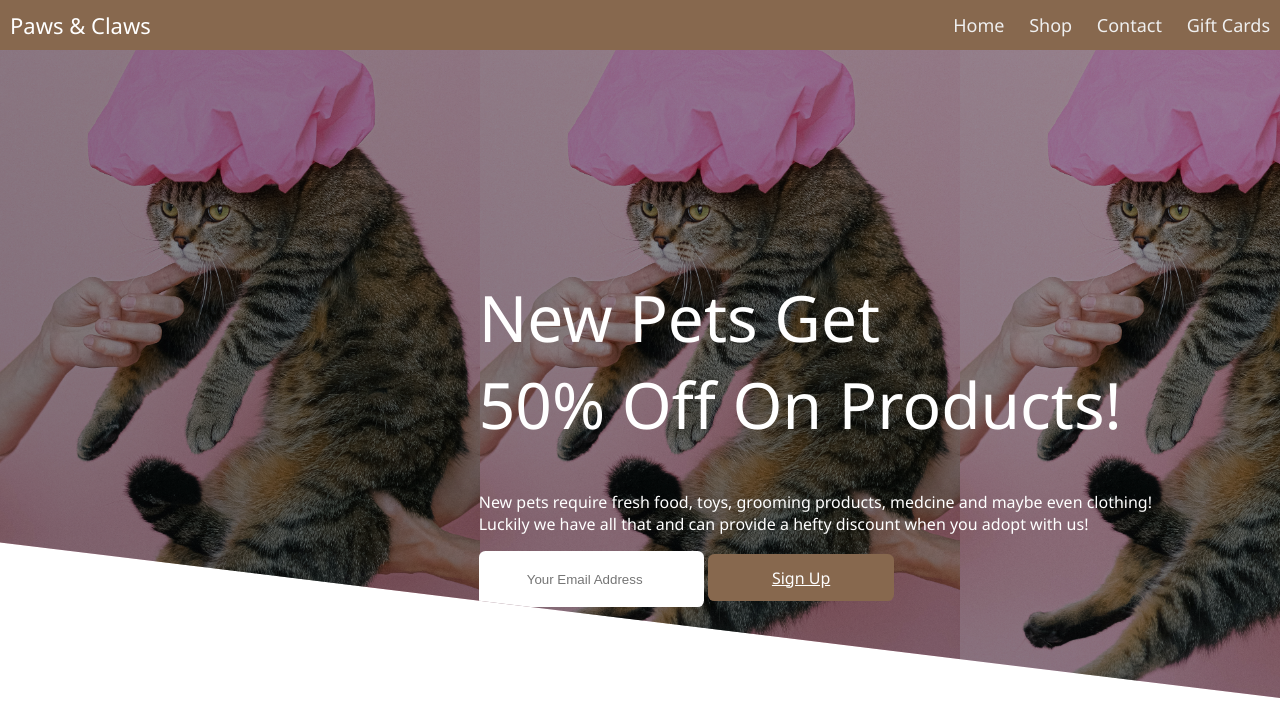
Repository: LtGriff/petProject
Page: dist/about.html
These files come from the project's save history. The page is drawn as it stood at one moment and after the next save; the edit follows.
The browser window is 1280 px wide. The pictures show the whole page.

Above is the page before, as saved 2022-05-19 07:43:22.

### dist/about.html
<!DOCTYPE html>
<html lang="en">
<head>
    <meta charset="UTF-8">
    <meta http-equiv="X-UA-Compatible" content="IE=edge">
    <meta name="viewport" content="width=device-width, initial-scale=1.0">
    <link rel="stylesheet" type="text/css" href="../CSS/about.css">
    <title>About the Animal House</title>
</head>
<body>
<!-------------NAV***************BAR----------------------->

    <div class="nav">
        <input type="checkbox" id="nav-check">
        <div class="nav-header">
          <div class="nav-title">
            Paws & Claws
          </div>
        </div>
        <div class="nav-btn">
          <label for="nav-check">
            <span></span>
            <span></span>
            <span></span>
          </label>
        </div>

        <div class="nav-links">
          <a href="index.html" target="">Home</a>
          <a href="shop.html" target="_blank">Shop</a>
          <a href="contact.html" target="_blank">Contact</a>
          <a href="giftcard.html" target="_blank">Gift Cards</a>
        </div>
      </div>

    <!-------------NAV*******BAR********END----------------------->


 <!------------------HEADER*******SECTION---------------------->


 <div class="dogfield"></div>

 <header id="header-section">
  <div class="header-text container">
      <h1>New Pets Get <br> 50%  Off On Products!</h1>
      <p>
         New pets require fresh food, toys, grooming products, medcine and maybe even clothing!<br> Luckily we have all that and can provide a hefty discount when you adopt with us!
      </p>
      <input id="userInput" type="email" placeholder="Your Email Address" required>
      <a class="cta" href="#">Sign Up</a>
      <p id="error">Please provide a valid email address</p>
  </div>
</header>










</body>
</html>

### dist/CSS/about.css
/** NAV BAR **/

* {
    box-sizing: border-box;
  }

  body {
    margin: 0px;
    font-family: 'segoe ui';
  }

  .nav {
    height: 50px;
    width: 100%;
    background-color: #87684e;

  /**
    opacity: .5;
    filter: alpha(opacity=50);
    position: relative;**/
    /* z-index: ; */


    box-shadow:
    0 2.8px 2.2px rgba(0, 0, 0, 0.034),
    0 6.7px 5.3px rgba(0, 0, 0, 0.048),
    0 12.5px 10px rgba(0, 0, 0, 0.06),
    0 22.3px 17.9px rgba(11, 4, 4, 0.072),
    0 41.8px 33.4px rgba(0, 0, 0, 0.086),
    0 100px 80px rgba(0, 0, 0, 0.12);
  }

  .nav > .nav-header {
    display: inline;
  }

  .nav > .nav-header > .nav-title {
    display: inline-block;
    font-size: 22px;
    color: #fff;
    padding: 10px 10px 10px 10px;
  }

  .nav > .nav-btn {
    display: none;
  }

  .nav > .nav-links {
    display: inline;
    float: right;
    z-index: 9;
    font-size: 18px;
  }

  .nav > .nav-links > a {
    display: inline-block;
    padding: 13px 10px 13px 10px;
    text-decoration: none;
    color: #efefef;
  }

  .nav > .nav-links > a:hover {
    background-color: rgba(0, 0, 0, 0.3);
  }

  .nav > #nav-check {
    display: none;
  }


 /** HEADER SECTION **/

#header-section{
    height: 90vh;
    background-image: linear-gradient(
        to left bottom,
        rgba(0, 0, 0, 0.4),
        rgba(0, 0, 0, 0.5)),
    url("../img/catpink.jpg");
    background-attachment: fixed;
    background-size: contain;
    background-position: ;
    position: relative;
    object-fit: cover;
    clip-path: polygon(0% 0%,100% 0%,100% 100%,0% 76%);

  }



  .header-text {
    position: absolute;
    top: 28%;
    right: 10%;
    color: #ffffff;
  }

  .header-text h1 {
    font-size: 4rem;
    font-weight: 500;
  }

  .header-text p {
    margin-bottom: 1rem;
  }

  #header-section input {
    width: 225px;
    height: 3.5rem;
    border-radius: 0.4rem;
    border: none;
    padding: 0.5rem 3rem;
  }

  .cta {
    background-color: #87684e;
    padding: 0.8rem 4rem;
    border-radius: 0.4rem;
    color: #fff;
    font-weight: 400;
  }

  .cta:hover {
    transform: translateY(-3px);
    box-shadow: 0 1rem 2rem rgba(0, 0, 0, .2);
  }

  .cta:active {
    transform: translateY(-1px);
    box-shadow: 0 .5rem 1rem rgba(0, 0, 0, .2);
  }

  .cta::after {
    content: "";
    display: inline-block;
    height: 100%;
    width: 100%;
    border-radius: 10rem;
    position: absolute;
    top: 0;
    left: 0;
    z-index: -1;
    transition: all .4s;
  }

  .cta:hover::after {
    transform: scaleX(1.4) scaleY(1.6);
    opacity: 0;
  }

  #error {
    color: red;
    font-weight: 600;
    display: none;
    margin-top: 1rem;
    transition: all 0.5s ease-in;
  }

@media (max-width:600px) {
    .nav > .nav-btn {
      display: inline-block;
      position: absolute;
      right: 0px;
      top: 0px;
    }
    .nav > .nav-btn > label {
      display: inline-block;
      width: 50px;
      height: 50px;
      padding: 13px;
    }
    .nav > .nav-btn > label:hover,.nav  #nav-check:checked ~ .nav-btn > label {
      background-color: rgba(0, 0, 0, 0.3);
    }
    .nav > .nav-btn > label > span {
      display: block;
      width: 25px;
      height: 10px;
      border-top: 2px solid #eee;
    }
    .nav > .nav-links {
      position: absolute;
      display: block;
      width: 100%;
      background: rgb(234,212,189);
      background: linear-gradient(7deg, rgba(234,212,189,1) 0%, rgba(204,175,140,1) 24%, rgba(191,161,124,1) 64%, rgba(135,104,78,1) 98%);
      height: 0px;
      transition: all 0.3s ease-in;
      overflow-y: hidden;
      top: 50px;
      left: 0px;
    }
    .nav > .nav-links > a {
      display: block;
      width: 100%;
    }
    .nav > #nav-check:not(:checked) ~ .nav-links {
      height: 0px;
    }
    .nav > #nav-check:checked ~ .nav-links {
      height: calc(28vh - 50px);
      overflow-y: auto;
    }

  }

After the next save:
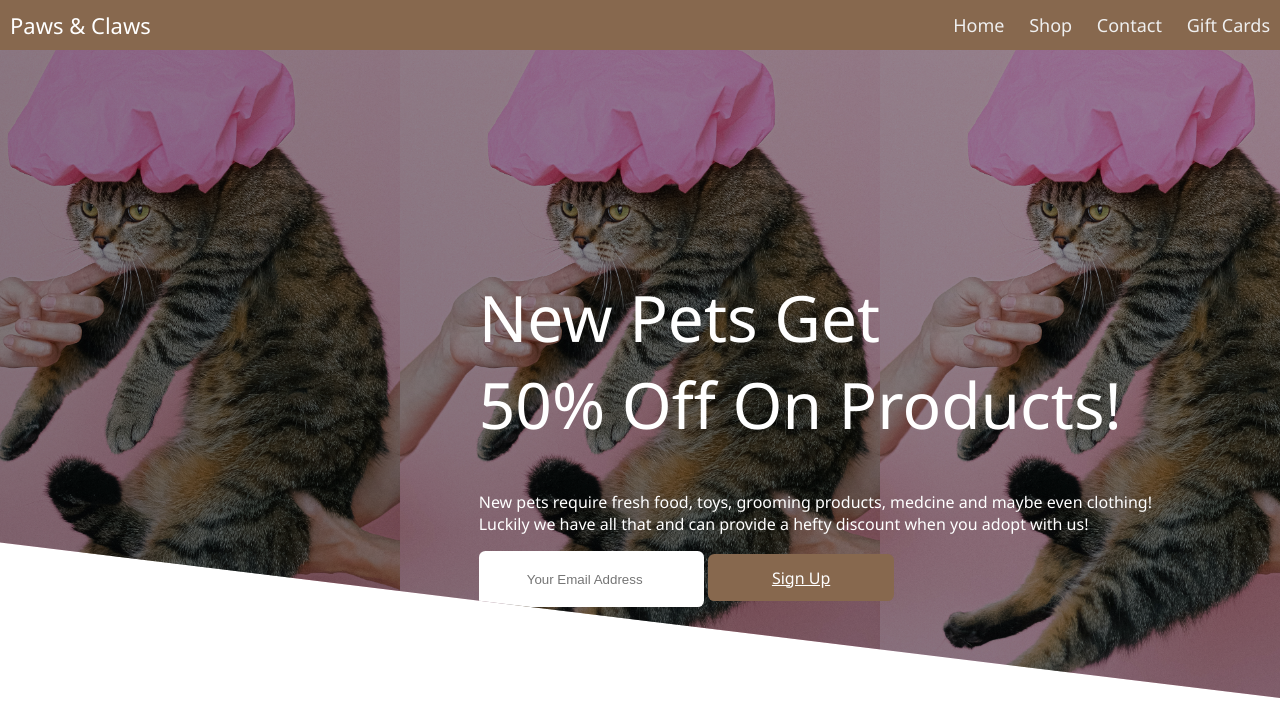
Saved 6 s later.
--- a/dist/CSS/about.css
+++ b/dist/CSS/about.css
@@ -79,7 +79,7 @@
     url("../img/catpink.jpg");
     background-attachment: fixed;
     background-size: contain;
-    background-position: ;
+    background-position: center;
     position: relative;
     object-fit: cover;
     clip-path: polygon(0% 0%,100% 0%,100% 100%,0% 76%);
